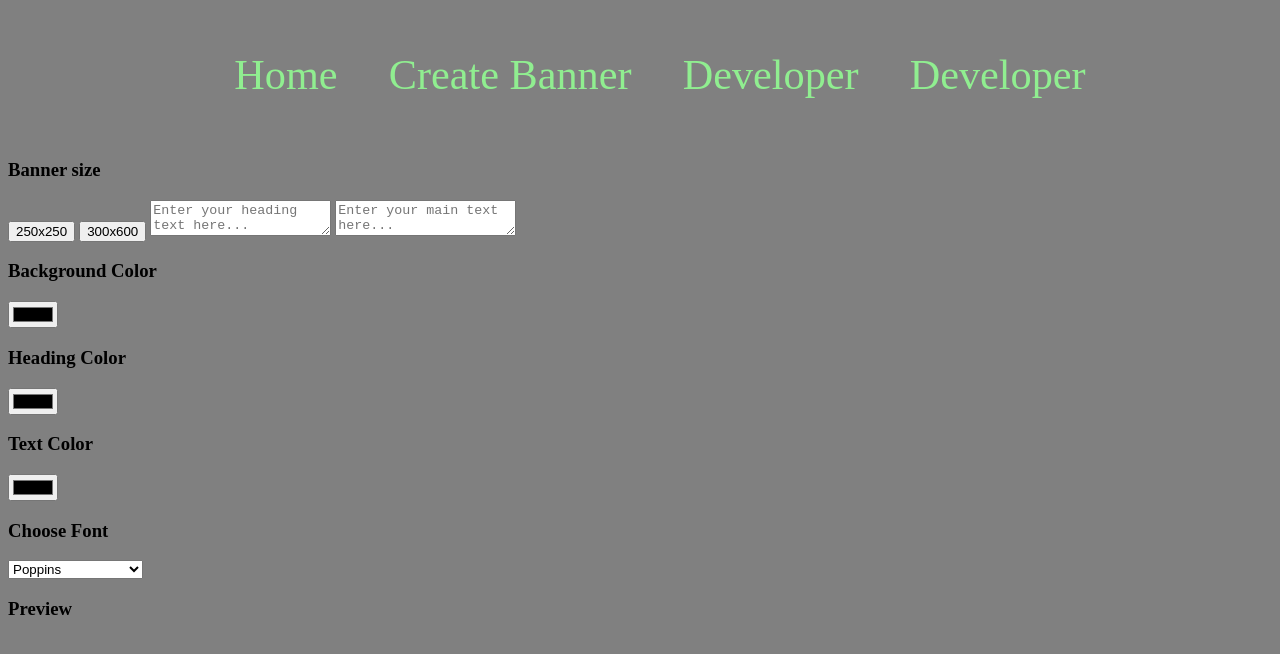
Repository: Yuravolontir/--Baner-Editor--
Page: banner.html
An editor plug-in stored every save of this project. The page is shown before and after the next save, followed by the edit.
The browser window is 1280 px wide. The pictures show the whole page.

Above is the page before, as saved 2025-07-15 19:32:34.
Console error: TypeError: Cannot read properties of null (reading 'addEventListener')

### banner.html
<!DOCTYPE html>
<html lang="en">
<head>
    <meta charset="UTF-8">
    <meta name="viewport" content="width=device-width, initial-scale=1.0">
    <title>Document</title>
    <link rel="stylesheet" href="/styles/styles.css">
    <script type="module" src="/scripts/index.js"></script>

</head>
<body>

<nav>
    <ul>
    <li><a href="/dashboard.html">Home</a></li>
    <li><a href="/banner.html">Create Banner</a></li>
    <li><a href="/thanks-to-developer.html">Developer</a></li>
    <li><a href="/thanks-to-developer.html">Developer</a></li>
    </ul>
</nav>
<div class="controls">
<h3>Banner size</h3>
<button id="250X250">250x250</button>
<button id="300X600">300x600</button>
<textarea id="bannerHeading" placeholder="Enter your heading text here..."></textarea>
<textarea id="bannerText" placeholder="Enter your main text here..."></textarea>
<h3>Background Color</h3>
<input type="color" id="BackgroundColor">

<h3>Heading Color</h3>
<input type="color" id="HeadingColor">

<h3>Text Color</h3>
<input type="color" id="TextColor">

<h3>Choose Font</h3>
<select id="font">
  <option value="Poppins">Poppins</option>
  <option value="Roboto">Roboto</option>
  <option value="Montserrat">Montserrat</option>
  <option value="Courier New">Courier New</option>
  <option value="Georgia">Georgia</option>
  <option value="Comic Sans MS">Comic Sans</option>
  <option value="Impact">Impact</option>
  <option value="Times New Roman">Times New Roman</option>
  <option value="Arial">Arial</option>
</select>

<h3>Preview</h3>
<div id="preview">

</div>
</body>
</html>

### styles/styles.css
body {
    background-color: grey;
}

#form-container{
    width: 300px;
    margin: 0 auto;
    padding: 20px;
    background-color: white;
    border-radius: 10px;
    box-shadow: 0 0 10px rgba(0, 0, 0, 0.1);
    display: flex;
    flex-direction: column;
    align-items: center;
    text-align: center;
}


nav {
  margin-top: auto;
  margin-bottom: auto;
  display: flex;
  justify-content:center;
  align-items: center;
  margin-left: auto; /* Push navigation items to the right end */
}
nav ul {
  list-style: none;
  display: flex;
  justify-content: flex-end;
}

nav ul li {
  padding: 2vw;
}

nav ul li a {
  text-decoration: none;
  color: lightgreen;
  font-size: 3.3vw;
}

nav ul li a:hover {
  color: orange;
}

#preview {

}

### scripts/index.js
import {createBanner, updateBannerHeading, updateBannerText, updateBannerColor,updateBannerHeadingColor , updateBannerTextColor} from "./banner.js";




document.getElementById("250X250").addEventListener('click', createBanner);
document.getElementById("300X600").addEventListener('click', createBanner);


document.getElementById("bannerHeading").addEventListener('input', updateBannerHeading);

document.getElementById("bannerText").addEventListener('input', updateBannerText);

document.getElementById("BackgroundColor").addEventListener('input', updateBannerColor);

document.getElementById("HeadingColor").addEventListener('input', updateBannerHeadingColor);

document.getElementById("TextColor").addEventListener('input', updateBannerTextColor);

document.getElementById("head-font").addEventListener('input', updateHeadingFont);

### scripts/banner.js





export function createBanner(event) {
    event.preventDefault();
    const blank = document.querySelector("#preview");
    blank.innerHTML = "";
    const div = document.createElement("div");
    div.id = "generatedBanner"; // So we can update it later

    if (event.target.id === "300X600")
    {
    div.style.width = "300px";
    div.style.height = "600px";
    }
     if (event.target.id === "250X250")
    {
     div.style.width = "250px";
     div.style.height = "250px";
    }

    div.style.border = "1px solid black";
    div.style.background = "white";

    const h1 = document.createElement("h1");
    h1.id = "bannerH1"; // So we can update it
    h1.style.textAlign = "center";
    h1.textContent = document.getElementById("bannerHeading").value;

    const pre = document.createElement("pre");
    pre.id = "bannerPre"; // So we can update it
    pre.style.textAlign = "center";
    pre.textContent = document.getElementById("bannerText").value;

    div.appendChild(h1);
    div.appendChild(pre);

    blank.appendChild(div);
}
export function updateBannerHeading() {
    const h1 = document.getElementById("bannerH1");
    if (h1) {
        h1.textContent = document.getElementById("bannerHeading").value;
    }
}

export function updateBannerText() {
        const pre = document.getElementById("bannerPre");
    if (pre) {
        pre.textContent = document.getElementById("bannerText").value;
    }
}


export function updateBannerColor() {
    const div = document.getElementById("generatedBanner");
    if (div) {
        div.style.backgroundColor = document.getElementById("BackgroundColor").value;
    }
}

export function updateBannerHeadingColor() {
            const h1= document.getElementById("bannerH1");
    if (h1) {
        h1.style.color = document.getElementById("HeadingColor").value;
    }
}

export function updateBannerTextColor() {
        const pre = document.getElementById("bannerPre");
    if (pre) {
        pre.style.color = document.getElementById("TextColor").value;
    }
}

After the next save:
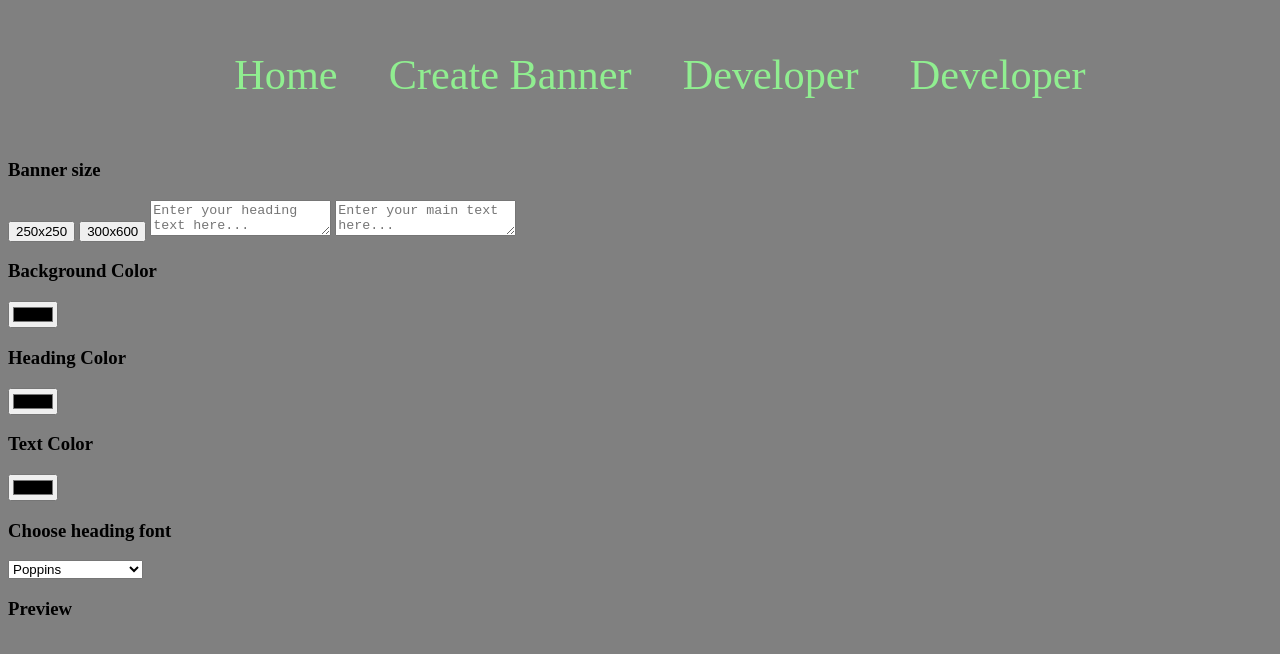
Console error: ReferenceError: updateHeadingFont is not defined
Saved 14 s later.
--- a/banner.html
+++ b/banner.html
@@ -33,8 +33,8 @@
 <h3>Text Color</h3>
 <input type="color" id="TextColor">
 
-<h3>Choose Font</h3>
-<select id="font">
+<h3>Choose heading font</h3>
+<select id="head-font">
   <option value="Poppins">Poppins</option>
   <option value="Roboto">Roboto</option>
   <option value="Montserrat">Montserrat</option>
